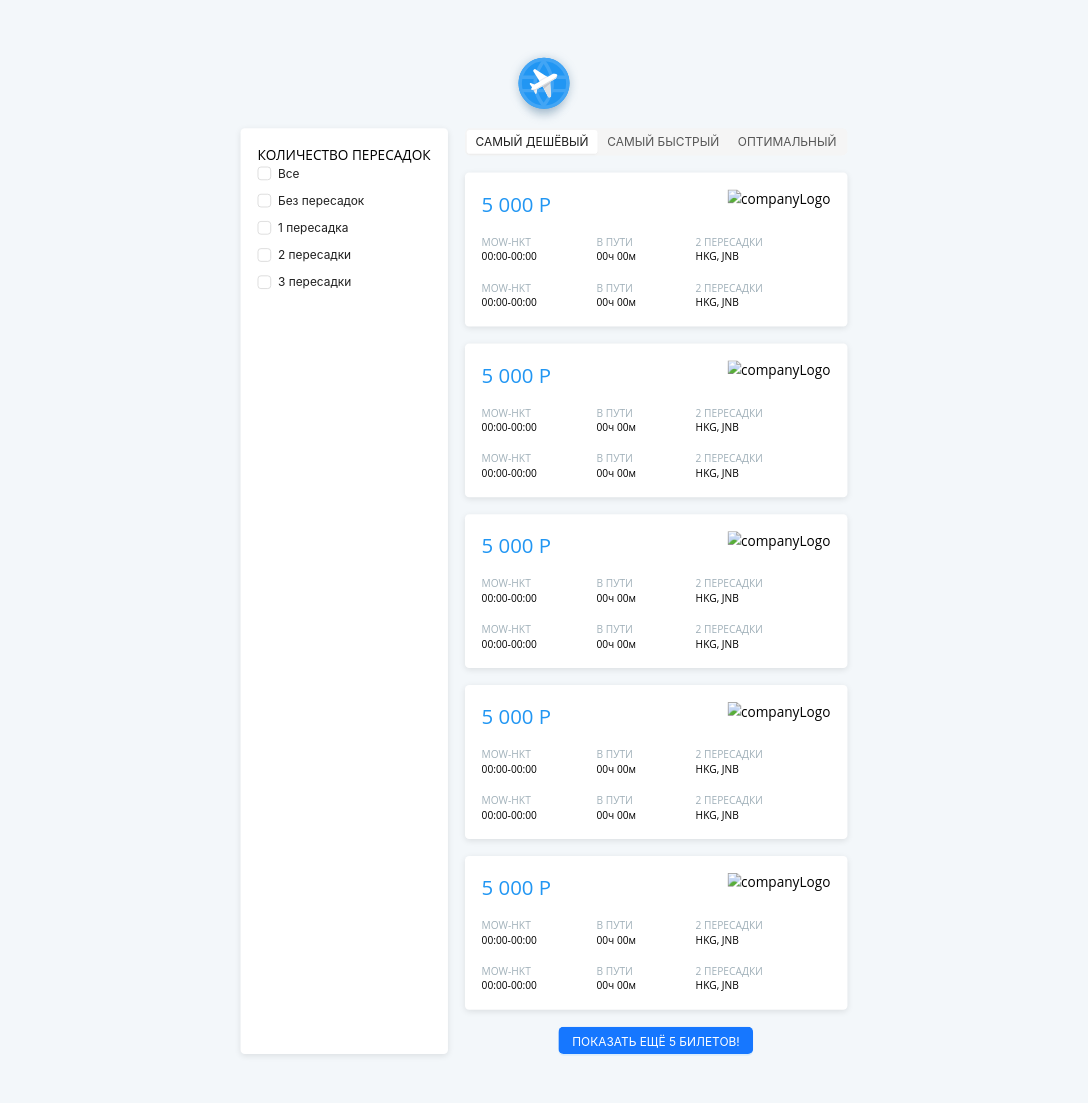
Repository: Dedoxa/aviasalesTickets
Page: /
The author's editor kept a copy of each file at every save. The page is drawn from the files as they stood at one save, then again after the next save.
The browser window is 1280 px wide. The pictures show the whole page, at 85% of full size.
The project was rebuilt for these pictures with package versions that can differ from the ones it lists, and the page was loaded fresh each time. Also part of the build but not shown: vite.config.js.

Above is the page before, as saved 2024-10-29 15:43:09.

### index.html
<!doctype html>
<html lang="en">
  <head>
    <meta charset="UTF-8" />
    <meta name="viewport" content="width=device-width, initial-scale=1.0" />
    <title>AviasalesTickets</title>
  </head>
  <body>
    <div id="root"></div>
    <script type="module" src="/src/main.jsx"></script>
  </body>
</html>

### src/main.jsx
import { StrictMode } from 'react';
import { createRoot } from 'react-dom/client';

import App from './App.jsx';

createRoot(document.getElementById('root')).render(
  <StrictMode>
    <App />
  </StrictMode>
);

### src/App.jsx
import TransferFilters from './TransferFilters/TransferFilters.jsx';
import AppIcon from './AppIcon/AppIcon.jsx';
import PriceFilters from './PriceFilters/PriceFilters.jsx';
import TicketCard from './TicketCard/TicketCard.jsx';
import ShowMoreButton from './ShowMoreButton/ShowMoreButton.jsx';
import classes from './App.module.scss';

function App() {
  return (
    <main className={classes.App}>
      <AppIcon />
      <div style={{ display: 'flex', gap: '20px', justifyContent: 'center' }}>
        <TransferFilters />
        <div className={classes['priceFiltersAndTicketsContainer']}>
          <PriceFilters />
          <TicketCard />
          <TicketCard />
          <TicketCard />
          <TicketCard />
          <TicketCard />
          <ShowMoreButton />
        </div>
      </div>
    </main>
  );
}

export default App;

### src/TransferFilters/TransferFilters.jsx
import { Checkbox } from 'antd';

import { contentBox } from '../App.module.scss';

import classes from './TransferFilters.module.scss';

const TransferFilters = () => {
  return (
    <>
      <div className={contentBox}>
        <span className={classes.title}>КОЛИЧЕСТВО ПЕРЕСАДОК</span>
        <div className={classes.checkboxContainer}>
          <Checkbox>Все</Checkbox>
          <Checkbox>Без пересадок</Checkbox>
          <Checkbox>1 пересадка</Checkbox>
          <Checkbox>2 пересадки</Checkbox>
          <Checkbox>3 пересадки</Checkbox>
        </div>
      </div>
    </>
  );
};

export default TransferFilters;

### src/AppIcon/AppIcon.jsx
import classes from './AppIcon.module.scss';

const AppIcon = () => {
  return (
    <div className={classes.AppIcon}>
      <img src="/public/img/Logo.svg" alt="AviasalesIcon" />
    </div>
  );
};

export default AppIcon;

### src/PriceFilters/PriceFilters.jsx
import { Segmented } from 'antd';

const PriceFilters = () => {
  return <Segmented options={['САМЫЙ ДЕШЁВЫЙ', 'САМЫЙ БЫСТРЫЙ', 'ОПТИМАЛЬНЫЙ']} />;
};

export default PriceFilters;

### src/TicketCard/TicketCard.jsx
import { contentBox } from '../App.module.scss';

import classes from './TicketCard.module.scss';

const TicketCard = () => {
  return (
    <div className={contentBox} style={{ display: 'flex', flexDirection: 'column', gap: '20px' }}>
      <div className={classes.mainTicketInfo}>
        <span className={classes['price']}>5 000 Р</span>
        <img src="" alt="companyLogo"></img>
      </div>
      <div className={classes.otherTicketInfo}>
        <div className={classes['infoRow']}>
          <div className={classes['infoTwoLined']}>
            <div className={classes['titleLine']}>MOW-HKT</div>
            <div>00:00-00:00</div>
          </div>
          <div className={classes['infoTwoLined']}>
            <div className={classes['titleLine']}>В ПУТИ</div>
            <div>00ч 00м</div>
          </div>
          <div className={classes['infoTwoLined']}>
            <div className={classes['titleLine']}>2 ПЕРЕСАДКИ</div>
            <div>HKG, JNB</div>
          </div>
        </div>
        <div className={classes['infoRow']}>
          <div className={classes['infoTwoLined']}>
            <div className={classes['titleLine']}>MOW-HKT</div>
            <div>00:00-00:00</div>
          </div>
          <div className={classes['infoTwoLined']}>
            <div className={classes['titleLine']}>В ПУТИ</div>
            <div>00ч 00м</div>
          </div>
          <div className={classes['infoTwoLined']}>
            <div className={classes['titleLine']}>2 ПЕРЕСАДКИ</div>
            <div>HKG, JNB</div>
          </div>
        </div>
      </div>
    </div>
  );
};

export default TicketCard;

### src/ShowMoreButton/ShowMoreButton.jsx
import { Button } from 'antd';

import classes from './ShowMoreButton.module.scss';

const ShowMoreButton = () => {
  return (
    <div className={classes.showMoreButton}>
      <Button type="primary">ПОКАЗАТЬ ЕЩЁ 5 БИЛЕТОВ!</Button>
    </div>
  );
};

export default ShowMoreButton;

### src/App.module.scss
@font-face {
  font-family: 'Open Sans';
  src: url('https://fonts.googleapis.com/css2?family=Open+Sans:ital,wght@0,300..800;1,300..800&display=swap');
}

.contentBox {
  display: inline-block;
  font-family: 'Open Sans', sans-serif;
  background-color: #fff;
  border-radius: 5px;
  box-shadow: 0 2px 8px 0 rgba(0, 0, 0, 0.1);
  padding: 20px;
}

body {
  background-color: #f3f7fa;
  padding: 50px 103px;
}

.App {
  .priceFiltersAndTicketsContainer {
    display: flex;
    flex-direction: column;
    gap: 20px;
  }
}

### src/TransferFilters/TransferFilters.module.scss
.title {
  margin-bottom: 20px;
}

.checkboxContainer {
  display: flex;
  flex-direction: column;
  gap: 10px;
}

### src/AppIcon/AppIcon.module.scss
.AppIcon {
    text-align: center;
}

### src/TicketCard/TicketCard.module.scss
.mainTicketInfo,
.otherTicketInfo {
  display: flex;
}

.mainTicketInfo {
  justify-content: space-between;

  .price {
    color: #2196F3;
    font-size: 24px;
  }
}

.otherTicketInfo {
  flex-direction: column;
  gap: 20px;

  .infoRow {
    display: flex;
    gap: 70px;
  }

  .infoTwoLined {
    display: flex;
    flex-direction: column;
    font-size: 12px;

    .titleLine {
        color: #A0B0B9;
    }
  }
}

### src/ShowMoreButton/ShowMoreButton.module.scss
.showMoreButton {
  text-align: center;
}

After the next save:
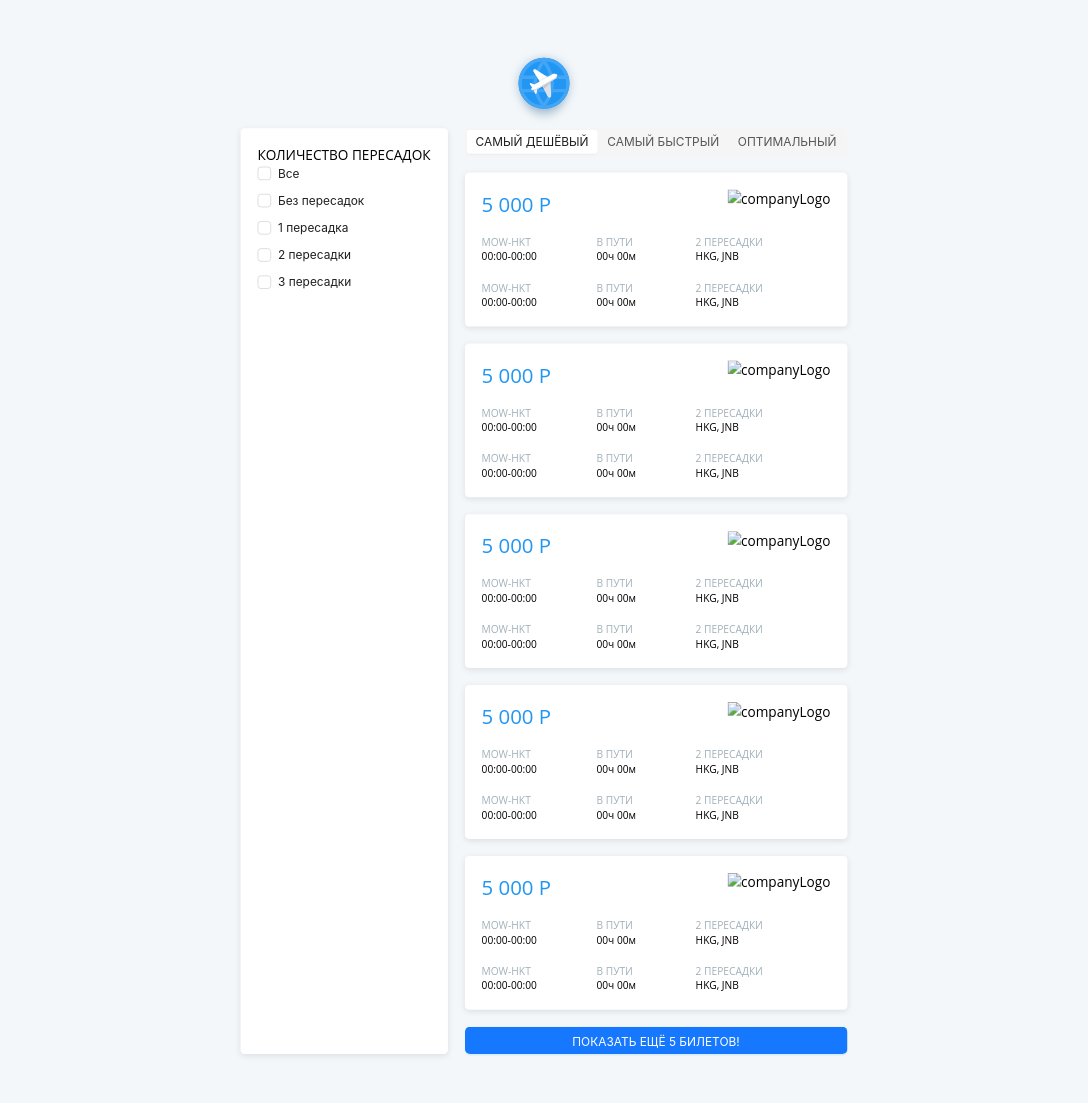
Saved 74 s later.
--- a/src/ShowMoreButton/ShowMoreButton.jsx
+++ b/src/ShowMoreButton/ShowMoreButton.jsx
@@ -5,7 +5,7 @@ import classes from './ShowMoreButton.module.scss';
 const ShowMoreButton = () => {
   return (
     <div className={classes.showMoreButton}>
-      <Button type="primary">ПОКАЗАТЬ ЕЩЁ 5 БИЛЕТОВ!</Button>
+      <Button block="true" type="primary">ПОКАЗАТЬ ЕЩЁ 5 БИЛЕТОВ!</Button>
     </div>
   );
 };
